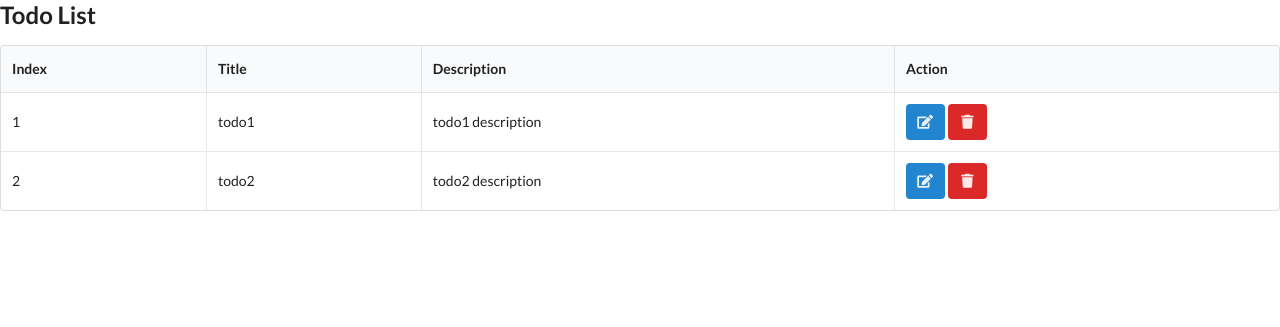
Repository: Wahid137/todo-app
Page: /
These files come from the project's save history. The page is drawn as it stood at one moment and after the next save; the edit follows.
The browser window is 1280 px wide. The pictures show the whole page.
The project was rebuilt for these pictures with package versions that can differ from the ones it lists, and the page was loaded fresh each time. Also part of the build but not shown: src/App.css, src/index.css.

Above is the page before, as saved 2024-05-03 10:10:24.

### src/index.js
import React from 'react';
import ReactDOM from 'react-dom/client';
import 'semantic-ui-css/semantic.min.css';
import App from './App';
import './index.css';
import reportWebVitals from './reportWebVitals';

const root = ReactDOM.createRoot(document.getElementById('root'));
root.render(
  <React.StrictMode>
    <App />
  </React.StrictMode>
);

// If you want to start measuring performance in your app, pass a function
// to log results (for example: reportWebVitals(console.log))
// or send to an analytics endpoint. Learn more: https://bit.ly/CRA-vitals
reportWebVitals();

### src/App.js
import './App.css';
import TodoListPage from './components/TodoListPage';

function App() {
  return (
    <TodoListPage />
  );
}

export default App;

### src/components/TodoListPage.js
import React, { useState } from 'react';
import { Button, Icon, Table } from 'semantic-ui-react';

const TodoListPage = () => {
    const initialTodos = [
        { id: 1, title: "todo1", description: "todo1 description" },
        { id: 2, title: "todo2", description: "todo2 description" }
    ];

    const [todos, setTodos] = useState(initialTodos);

    const handleDelete = (id) => {
        setTodos(todos.filter(todo => todo.id !== id));
    };

    return (
        <div>
            <h2>Todo List</h2>
            <Table celled>
                <Table.Header>
                    <Table.Row>
                        <Table.HeaderCell>Index</Table.HeaderCell>
                        <Table.HeaderCell>Title</Table.HeaderCell>
                        <Table.HeaderCell>Description</Table.HeaderCell>
                        <Table.HeaderCell>Action</Table.HeaderCell>
                    </Table.Row>
                </Table.Header>

                <Table.Body>
                    {todos.map((todo, index) => (
                        <Table.Row key={todo.id}>
                            <Table.Cell>{index + 1}</Table.Cell>
                            <Table.Cell>{todo.title}</Table.Cell>
                            <Table.Cell>{todo.description}</Table.Cell>
                            <Table.Cell>
                                <Button icon color='blue'>
                                    <Icon name='edit' />
                                </Button>
                                <Button icon color='red' onClick={() => handleDelete(todo.id)}>
                                    <Icon name='trash' />
                                </Button>
                            </Table.Cell>
                        </Table.Row>
                    ))}
                </Table.Body>
            </Table>
        </div>
    );
};

export default TodoListPage;

Loaded but not shown: public/index.html (common file); src/reportWebVitals.js (common file)

After the next save:
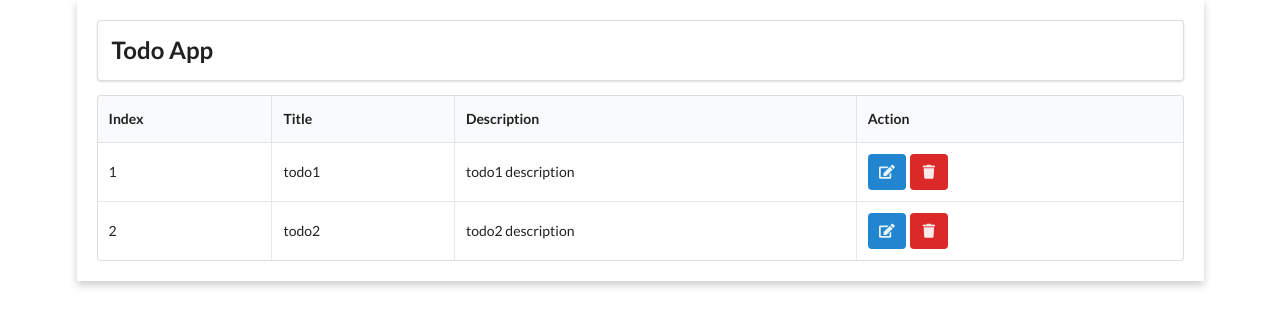
Saved 2 min 5 s later.
--- a/src/components/TodoListPage.js
+++ b/src/components/TodoListPage.js
@@ -1,5 +1,5 @@
 import React, { useState } from 'react';
-import { Button, Icon, Table } from 'semantic-ui-react';
+import { Button, Container, Icon, Segment, Table } from 'semantic-ui-react';
 
 const TodoListPage = () => {
     const initialTodos = [
@@ -14,37 +14,41 @@ const TodoListPage = () => {
     };
 
     return (
-        <div>
-            <h2>Todo List</h2>
-            <Table celled>
-                <Table.Header>
-                    <Table.Row>
-                        <Table.HeaderCell>Index</Table.HeaderCell>
-                        <Table.HeaderCell>Title</Table.HeaderCell>
-                        <Table.HeaderCell>Description</Table.HeaderCell>
-                        <Table.HeaderCell>Action</Table.HeaderCell>
-                    </Table.Row>
-                </Table.Header>
+        <Container style={{ boxShadow: '0 4px 8px 0 rgba(0, 0, 0, 0.2)', padding: '20px' }}>
+            <Segment>
+                <h2>Todo App</h2>
+            </Segment>
+            <div>
+                <Table celled>
+                    <Table.Header>
+                        <Table.Row>
+                            <Table.HeaderCell>Index</Table.HeaderCell>
+                            <Table.HeaderCell>Title</Table.HeaderCell>
+                            <Table.HeaderCell>Description</Table.HeaderCell>
+                            <Table.HeaderCell>Action</Table.HeaderCell>
+                        </Table.Row>
+                    </Table.Header>
 
-                <Table.Body>
-                    {todos.map((todo, index) => (
-                        <Table.Row key={todo.id}>
-                            <Table.Cell>{index + 1}</Table.Cell>
-                            <Table.Cell>{todo.title}</Table.Cell>
-                            <Table.Cell>{todo.description}</Table.Cell>
-                            <Table.Cell>
-                                <Button icon color='blue'>
-                                    <Icon name='edit' />
-                                </Button>
-                                <Button icon color='red' onClick={() => handleDelete(todo.id)}>
-                                    <Icon name='trash' />
-                                </Button>
-                            </Table.Cell>
-                        </Table.Row>
-                    ))}
-                </Table.Body>
-            </Table>
-        </div>
+                    <Table.Body>
+                        {todos.map((todo, index) => (
+                            <Table.Row key={todo.id}>
+                                <Table.Cell>{index + 1}</Table.Cell>
+                                <Table.Cell>{todo.title}</Table.Cell>
+                                <Table.Cell>{todo.description}</Table.Cell>
+                                <Table.Cell>
+                                    <Button icon color='blue'>
+                                        <Icon name='edit' />
+                                    </Button>
+                                    <Button icon color='red' onClick={() => handleDelete(todo.id)}>
+                                        <Icon name='trash' />
+                                    </Button>
+                                </Table.Cell>
+                            </Table.Row>
+                        ))}
+                    </Table.Body>
+                </Table>
+            </div>
+        </Container>
     );
 };
 
